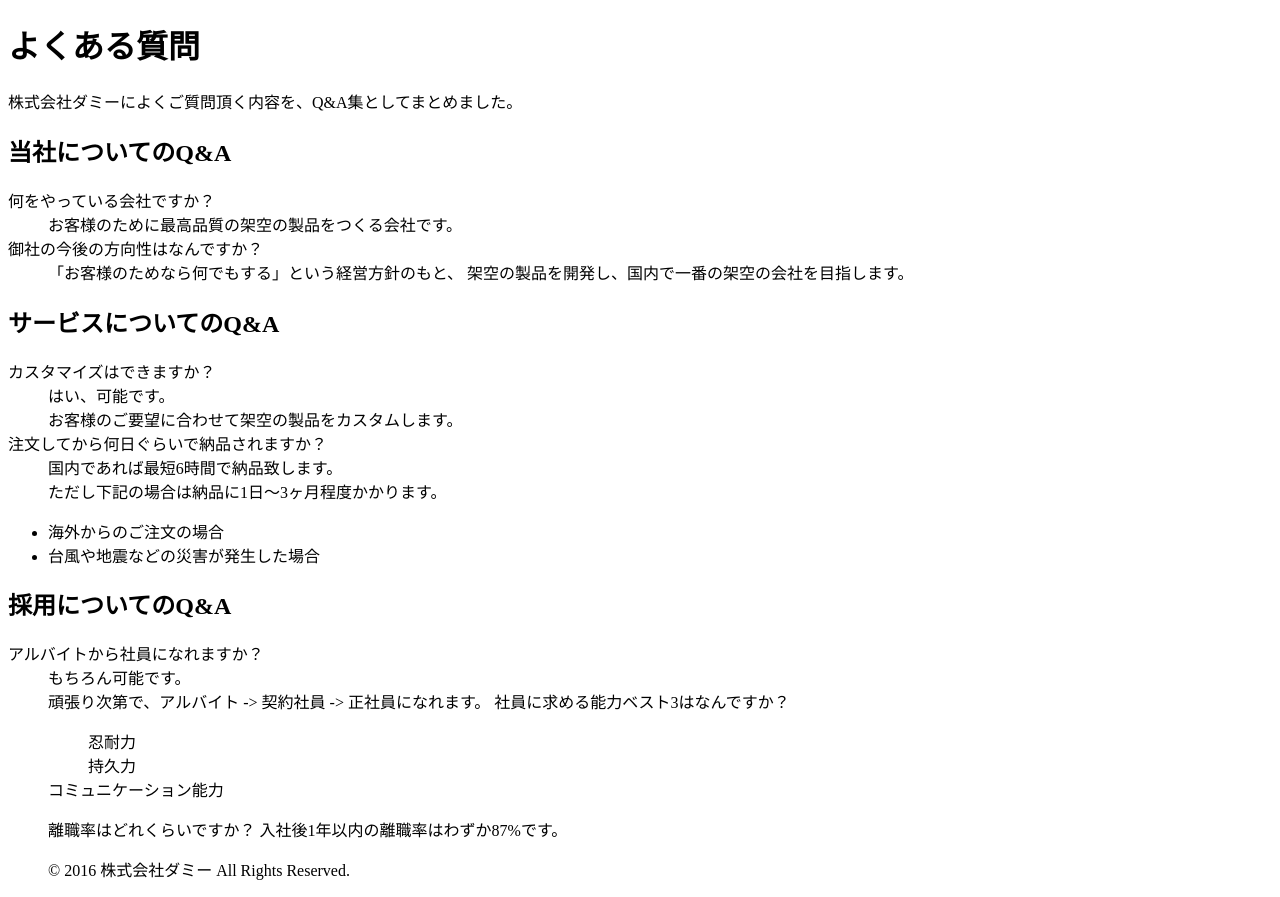
Repository: winc1980/practice-hp2022-wednesday
Page: ruka/practice1.html
An editor plug-in stored every save of this project. The page is shown before and after the next save, followed by the edit.
The browser window is 1280 px wide. The pictures show the whole page.

Above is the page before, as saved 2022-05-26 00:36:10.

After the next save:
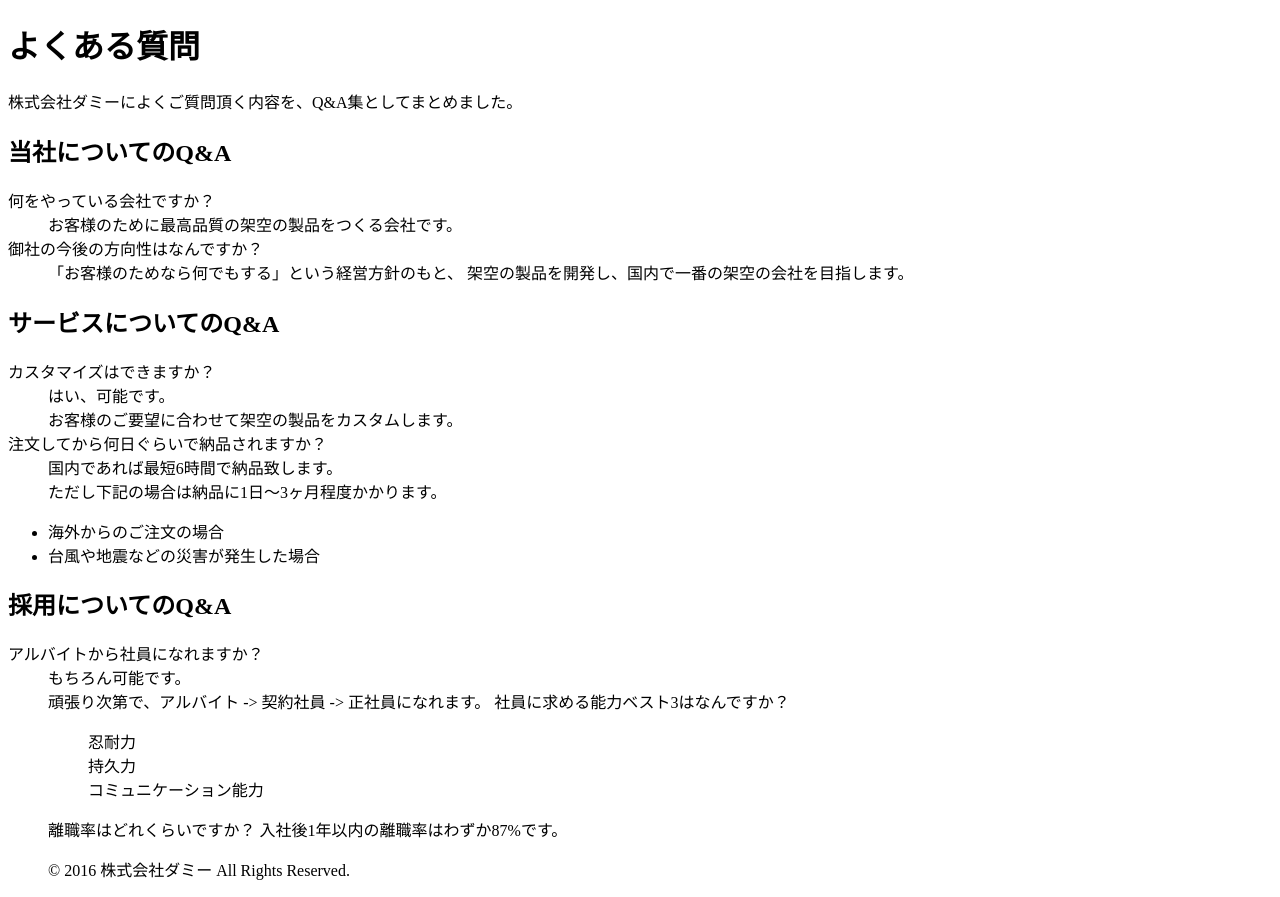
Saved 9 s later.
--- a/ruka/practice1.html
+++ b/ruka/practice1.html
@@ -60,7 +60,7 @@
 <dl>
 <dd>忍耐力</dd>
 <dd>持久力</dd>
-<dt>コミュニケーション能力</dt>
+<dd>コミュニケーション能力</dd>
 </dl>
 
 
